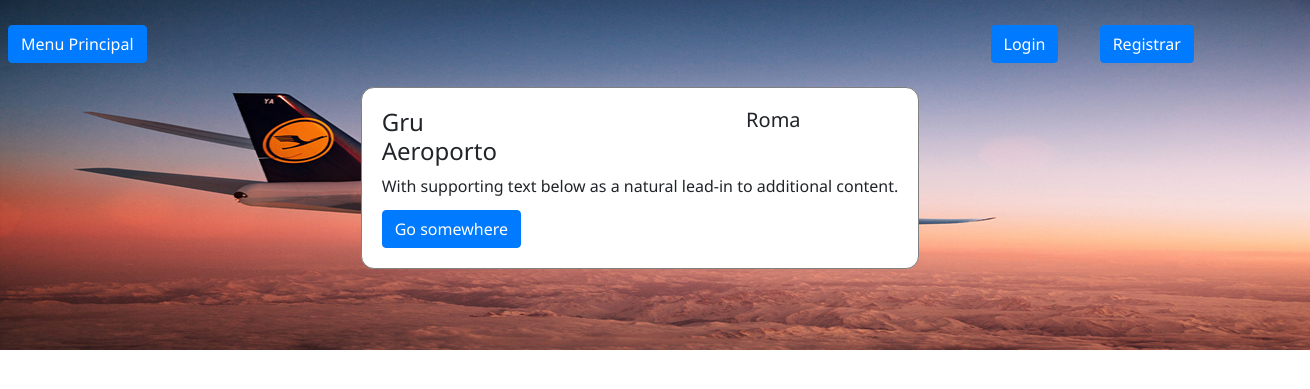
Repository: VictorFlay/Aplicacao-WEB
Page: http://localhost/ProjetoWeb/passagens.jsp
The author's editor kept a copy of each file at every save. The page is drawn from the files as they stood at one save, then again after the next save.
The browser window is 1280 px wide. The page is 1310 px wide, so the pictures cover 1310 px, including what lies to the right of the window. The pictures show the whole page.
Some web libraries are served in a nearby version. The page is served by Tomcat 9. Other server files are loaded and not shown.

Above is the page before, as saved 2021-07-14 22:30:47.

### ProjetoWeb/WebContent/passagens.jsp
<%@page import="model.Passagem" %>
<html lang="pt">
<head>

	<%
		String idpassagem = request.getParameter("idpassagem");
		String nome = (String) session.getAttribute("nome");
		String nivelusuario = (String) session.getAttribute("nivelusuario");

	%>

	<%@ page contentType="text/html; charset=UTF-8" %>
	<meta http-equiv="Content-Type" content="text/html; charset=UTF-8" />


    <meta http-equiv="X-UA-Compatible" content="IE=edge">
    <meta name="viewport" content="width=device-width, initial-scale=1.0">
    <link rel="stylesheet" type="text/css" href="css/design.css">
    <script src="https://code.jquery.com/jquery-3.2.1.slim.min.js" integrity="sha384-KJ3o2DKtIkvYIK3UENzmM7KCkRr/rE9/Qpg6aAZGJwFDMVNA/GpGFF93hXpG5KkN" crossorigin="anonymous"></script>

    <!-- Bootstrap CSS -->
    <link rel="stylesheet" href="https://maxcdn.bootstrapcdn.com/bootstrap/4.0.0/css/bootstrap.min.css" integrity="sha384-Gn5384xqQ1aoWXA+058RXPxPg6fy4IWvTNh0E263XmFcJlSAwiGgFAW/dAiS6JXm" crossorigin="anonymous">
    <link rel="stylesheet" type="text/css" href="css/design.css">
 	<script src="https://code.jquery.com/jquery-3.3.1.min.js" integrity="sha256-FgpCb/KJQlLNfOu91ta32o/NMZxltwRo8QtmkMRdAu8=" crossorigin="anonymous"></script>
    <script src="https://cdnjs.cloudflare.com/ajax/libs/popper.js/1.12.9/umd/popper.min.js" integrity="sha384-ApNbgh9B+Y1QKtv3Rn7W3mgPxhU9K/ScQsAP7hUibX39j7fakFPskvXusvfa0b4Q" crossorigin="anonymous"></script>
    <script src="https://maxcdn.bootstrapcdn.com/bootstrap/4.0.0/js/bootstrap.min.js" integrity="sha384-JZR6Spejh4U02d8jOt6vLEHfe/JQGiRRSQQxSfFWpi1MquVdAyjUar5+76PVCmYl" crossorigin="anonymous"></script>
    <meta name="viewport" content="width=device-width, initial-scale=1, shrink-to-fit=no">

    <title>Document</title>

</head>
<body>

	<div class="container-fluid px-0">
		<div class="row">
			<div class="col-12 col-lg-12 center">
				<img src="img/aviao.jpg" class="img-fluid" id="aviaofundo">
			</div>
		</div>


		<div class="row">
			<div class="col-8 col-lg-9 justify-content-between mt-4 ml-2">
	             <a href="index.jsp">
			    	<button type="button" class="btn btn-primary">Menu Principal</button>
			    </a>
	        </div>

        	<% if(nome == null){ %>
    	<div class="col-1 col-lg-1 mt-4">
      			<button type="button" class="btn btn-primary" data-toggle="modal" data-target="#login" data-whatever="@mdo">Login</button>

				<div class="modal fade" id="login" tabindex="-1" role="dialog" aria-labelledby="exampleModalLabel" aria-hidden="true">
				  <div class="modal-dialog" role="document">
				    <div class="modal-content">
				      <div class="modal-header">
				        <h5 class="modal-title" id="exampleModalLabel">Login</h5>
				        <button type="button" class="close" data-dismiss="modal" aria-label="Close">
				          <span aria-hidden="true">&times;</span>
				        </button>
				      </div>
				      <div class="modal-body">
				        <form method="POST" id="login-form">
				          <div class="form-group">
				          	<div class="alert alert-danger center" role="alert" id="errologin">

							</div>

				            <label for="login" class="col-form-label">Login:</label>
				            <input type="text" class="form-control" id="username" name="username">
				          </div>

				          <div class="form-group">

							<label for="senha" class="col-form-label">Senha:</label>
				            <input type="password" class="form-control" id="senha" name="senha">

				          </div>




				      <div class="modal-footer">
				        <button type="button" class="btn btn-secondary" data-dismiss="modal">Close</button>
				        <button type="submit" class="btn btn-primary">Send message</button>
				      </div>
				      </form>
				      </div>
				    </div>
				  </div>
				</div>



    </div>

<div class="col-1 col-lg-1 mt-4">
      			<button type="button" class="btn btn-primary" data-toggle="modal" data-target="#registrar" data-whatever="@mdo">Registrar</button>

				<div class="modal fade" id="registrar" tabindex="-1" role="dialog" aria-labelledby="exampleModalLabel" aria-hidden="true">
				  <div class="modal-dialog" role="document">
				    <div class="modal-content">
				      <div class="modal-header">
				        <h5 class="modal-title" id="exampleModalLabel">Registrar</h5>
				        <button type="button" class="close" data-dismiss="modal" aria-label="Close">
				          <span aria-hidden="true">&times;</span>
				        </button>
				      </div>
				      <div class="modal-body">
				        <form method="POST" id="register-form">
				        	<div class="alert alert-danger center" role="alert" id="erro">
  								Nome ou Login já cadastrado!
							</div>
				          <div class="form-group">
				            <label for="nome" class="col-form-label">Nome Completo:</label>
				            <input type="text" class="form-control" id="nome" name="nome">
				          </div>

				          <div class="form-group">
							<label for="login" class="col-form-label">Login:</label>
				            <input type="text" class="form-control" id="cxlogin" name="cxlogin">
				          </div>

				          <div class="form-group">
							<label for="senha" class="col-form-label">Senha:</label>
				            <input type="password" class="form-control" id="cxsenha" name="cxsenha">
				          </div>

				         <div class="form-row">
						<div class="form-group col-md-6">
							<label for="telefone" class="col-form-label">Telefone:</label>
				            <input type="text" class="form-control" id="telefone" placeholder="Digite seu telefone..." name="telefone">
				          </div>


						<div class="form-group col-md-3 ml-4">
							<label for="estado" class="col-form-label">Estado</label>
      						<select id="estado" class="form-control">
	        					<option value="AC" selected>AC</option>
	       						<option value="AL">AL</option>
	       						<option value="AP">AP</option>
	       						<option value="AM">AM</option>
	       						<option value="BA">BA</option>
	       						<option value="CE">CE</option>
	       						<option value="ES">ES</option>
	       						<option value="GO">GO</option>
	       						<option value="MA">MA</option>
	       						<option value="MT">MT</option>
	       						<option value="MS">MS</option>
	       						<option value="MG">MG</option>
	       						<option value="PA">PA</option>
	       						<option value="PB">PB</option>
	       						<option value="PR">PR</option>
	       						<option value="PE">PE</option>
	       						<option value="PI">PI</option>
	       						<option value="RJ">RJ</option>
	       						<option value="RN">RN</option>
	       						<option value="RS">RS</option>
	       						<option value="RO">RO</option>
	       						<option value="RR">RR</option>
	       						<option value="SC">SC</option>
	       						<option value="SP">SP</option>
	       						<option value="SE">SE</option>
	       						<option value="TO">TO</option>
	       						<option value="DF">DF</option>
      						</select>
						</div>
				      </div>


				      <div class="modal-footer">
				        <button type="button" class="btn btn-secondary" data-dismiss="modal">Close</button>
				        <button type="submit" class="btn btn-primary">Send message</button>
				      </div>
				      </form>
				      </div>
				    </div>
				  </div>
				</div>
  			</div>
	<% }

	else{
	%>
		<div class="row justify-content-end">
			<div class="col-4 col-lg-1 mt-4 ml-4">
				<a href="deslogar.jsp?pag=2&idpassagem=<%=idpassagem%>">
				<button type="button" class="btn btn-primary">Deslogar</button>
		        </a>
		    </div>
	    </div>

	<% } %>

        </div>


        <div class="row mt-4">
				<div class="col d-flex justify-content-center">
					<div class="card" id="card">
				 <div class="card-body">
				 <div class="row justify-content-between">
				 	<div class="col-4">
				 		<p class="card-title h4">Gru Aeroporto</p>
				 	</div>
				 	<p class="h2"></p>
				 	<div class="col-4">
				 		<h5 class="card-title">Roma</h5>
				 	</div>
				 </div>

				<p class="card-text">With supporting text below as a natural lead-in to additional content.</p>
				<a href="#" class="btn btn-primary">Go somewhere</a>
				</div>
				</div>
	        </div>
    	</div>












	</div>


















	<script src="https://code.jquery.com/jquery-3.3.1.min.js" integrity="sha256-FgpCb/KJQlLNfOu91ta32o/NMZxltwRo8QtmkMRdAu8=" crossorigin="anonymous"></script>
	<script type="text/javascript" src="js/script.js"></script>
</body>

### ProjetoWeb/WebContent/css/design.css
.form-group {
    margin-right: -10px;
}

#errobusca{
	display: none;
	color: white;
    z-index: 0;
    font-size: 18px;
    font-weight: bold;
}



#barra{
    width: 200px;
    height: 50px;
    border: 1px solid;
    border-radius: 15px;
    position: absolute;
    z-index: 0;
    background-color: white;
    opacity: 0.19;
    font-weight: bold;
    top: 0px;
}

#errologin{
	display:none;
}

.buscarloca{
	position: relative;
	widht: 100%;
	align-items: stretch;
    height: 200px;
    border: 1px solid;
    border-radius: 15px;
    z-index: 1;
    background-color: white;
    font-weight: bold;
    top: 0px;
   	visibility: hidden;
}

.buscarclasse{
	position: relative;
	widht: 100%;
	align-items: stretch;
    height: 70px;
    border: 1px solid;
    border-radius: 15px;
    background-color: white;
    font-weight: bold;
   	visibility: hidden;
}

.classe{
    width: 300px;
    height: 60px;
    border: 1px solid;
    border-radius: 15px;
    z-index: 0;
    background-color: white;
    background: rgba(0, 0, 0, 0.19);
    font-weight: bold;
    top: 0px;
}

#erro{
	display:none;
	}


#origem{
    width: 200px;
    height: 50px;
    border: 1px solid;
    border-radius: 15px;
    z-index: 0;
    background-color: white;
    background: rgba(0, 0, 0, 0.19);
    font-weight: bold;
    top: 0px;

}

.buscarlocalizacao{
	position: relative;
	display: flex;
    width: 300px;
    height: 60px;
    border: 1px solid;
    border-radius: 15px;
    background-color: white;
    background: rgba(0, 0, 0, 0.19);
    font-weight: bold;
    top: 0px;


}


.buscarlinha{
	width: 100px;
    height: 60px;
    border: 1px solid;
    border-radius: 15px;
    z-index: 0;
    background-color: white;
    background: rgba(0, 0, 0, 0.19);
    font-weight: bold;
    top: 0px;
}


#destino{
    width: 200px;
    height: 50px;
    border: 1px solid;
    border-radius: 15px;
    z-index: 0;
    background-color: white;
    background: rgba(0, 0, 0, 0.19);
    font-weight: bold;
    top: 0px;

}

#calendario{
    width: 200px;
    height: 50px;
    border: 1px solid;
    border-radius: 15px;
    z-index: 0;
    background-color: white;
    background: rgba(0, 0, 0, 0.19);
    font-weight: bold;
    top: 0px;

}

#iconecalendario{
    top: 12px;
    position: absolute;
}

#passageiro{
    width: 250px;
    height: 50px;
    border: 1px solid;
    border-radius: 15px;
    z-index: 0;
    background-color: white;
    background: rgba(0, 0, 0, 0.19);
    font-weight: bold;
    top: 0px;
}

#mensagem{
    color: rgb(2, 35, 2);
    z-index: 3;
    font-weight: bold;
    font-size: 30px;
    white-space: nowrap;
}

#mensagem2{
    color: white;

    z-index: 3;
    font-weight: bold;
    font-size: 20px;
    left: 10px;
    top: 3px;
    display: block;
    opacity: 1;
}

#radios{
    color: white;
    font-size: 17px;
    font-weight: bold;
    white-space: nowrap;
}

#radio1{
    width: 20px;
    height: 20px;
    color: green;
}


#corpo{
    position: absolute;
    top: 325px;
}

#corpo2{
	position: relative;
	top: 580px;

}


#barrapassageiro2{
    width: 300px;
    height: 350px;
    left: 695px;
    border: 1px solid;
    border-radius: 15px;
    position: absolute;
    z-index: 0;
    background-color: white;
    top: 0px;
    font-weight: bold;
}

.quartabarra{
    cursor: pointer;
}



.barrapassageiroescondido{
    z-index: 3;
    user-select:none;
    top: 0px;
}

.perfil{
	width: 50px;
	height: 50px;
}

#txt{
    position: absolute;
    z-index: 1;
}


#aviao{
    left: 190px;
    top:5px;
    position: absolute;
    z-index: 1;
}



.aeroporto{
	display: flex;
    width: 300px;
    height: 60px;
    border: 1px solid;
    border-radius: 15px;
    z-index: 0;
    background-color: white;
    background: rgba(0, 0, 0, 0.19);
    font-weight: bold;
    top: 0px;

}

.buscar{
    width: 120px;
    height: 50px;
    left: 975px;

    border-color: grey;
    border-radius: 10px;
    position: absolute;
    z-index: 3;
    background-color: #30503A;
    top: 0px;
}

.buscarvoo{
    color: white;
    position: absolute;

    z-index: 1;
    font-weight: bold;
    font-size: 15px;
    left: 20px;
    top: 16px;
}

* {
    margin: 0;
    padding: 0;
    border: 0;
    outline: none;
    list-style: none;
    text-decoration: none;
    font-family: segoe ui, helvetica neue, helvetica, arial, sans-serif;
    line-height: 1;
  }

  body {
    font-size: 16px;
  }




.jss1{
    color: white;
    position: absolute;
    z-index: 3;
    font-weight: bold;
    font-size: 20px;
    left: 10px;
    top: 3px;
    display: block;
    opacity: 1;
}

.jss2{
    color: white;
    position: absolute;
    z-index: 1000;
    font-size: 13px;
    left: 10px;
    top: 30px;
    opacity: 0.70;
    white-space: nowrap;
}

.jss3{
    color: white;
    position: absolute;
    z-index: 1;
    font-weight: bold;
    font-size: 20px;
    top: 3px;
}

.jss4{
    color: white;
    position: absolute;
    z-index: 1;
    font-size: 13px;
    top: 30px;
    opacity: 0.70;
}

.jss5{
    color: white;
    position: absolute;
    z-index: 1;
    font-size: 13px;
    left: 60px;
    top: 18px;
    opacity: 0.70;
}

.jss6{
    color: white;
    position: absolute;
    z-index: 1;
    font-size: 13px;
    left: 60px;
    top: 18px;
    opacity: 0.70;
}

.jss7{
    color: black;
    position: absolute;
    z-index: 1;
    font-size: 13px;
    left: 740px;
    top: 18px;

}

hr.jss8{
    border-top: 1px solid grey;
    position: absolute;
    z-index: 1;
    width: 240px;
    top: 31px;
    left: 725px;
}

hr.jss14{
    border-top: 1px solid grey;
    position: absolute;
    z-index: 1;
    width: 240px;
    top: 180px;
    left: 725px;
}

.jss9{
    color: black;
    position: absolute;
    z-index: 1;
    font-size: 11px;
    left: 710px;
    top: 60px;
    font-weight: bold;
}

.jss10{
    color: black;
    position: absolute;
    z-index: 1;
    font-size: 20px;
    left: 710px;
    top: 80px;
    font-weight: bold;
}

.jss11{
    color: black;
    position: absolute;
    z-index: 1;
    font-size: 15px;
    left: 710px;
    top: 105px;

}

.jss12{
    color: black;
    position: absolute;
    z-index: 1;
    font-size: 20px;
    left: 710px;
    top: 140px;
    font-weight: bold;
}

.jss13{
    color: black;
    position: absolute;
    z-index: 1;
    font-size: 15px;
    left: 710px;
    top: 165px;
}

.jss15{
    color: black;
    position: absolute;
    z-index: 1;
    font-size: 11px;
    left: 710px;
    top: 210px;
    font-weight: bold;
}

.jss16{
    width: 125px;
    height: 50px;
    background-color: cornflowerblue;
    position: absolute;
    left: 710px;
    top: 235px;
    border-radius: 10px;
    color: black;
    border: 1px solid;
    border-color: grey;
    -webkit-box-sizing: border-box;
    -moz-box-sizing: border-box;
    box-sizing: border-box;
    -webkit-appearance: none;
    -moz-appearance: none;
    appearance: none;
    cursor: pointer;
}



.jss17{
    width: 125px;
    height: 50px;
    position: absolute;
    left: 855px;
    top: 235px;
    border-radius: 10px;
    color: black;
    border: 1px solid;
    border-color: grey;
    -webkit-box-sizing: border-box;
    -moz-box-sizing: border-box;
    box-sizing: border-box;
    -webkit-appearance: none;
    -moz-appearance: none;
    appearance: none;
    cursor: pointer;

}

.jss18{
    color: black;
    position: absolute;
    z-index: 2;
    font-size: 12px;
    left: 722px;
    top: 253px;
    font-weight: bold;
    cursor: pointer;
    user-select:none;
}

.jss19{
    color: black;
    position: absolute;
    z-index: 2;
    font-size: 12px;
    left: 872px;
    top: 253px;
    font-weight: bold;
    cursor: pointer;
    user-select:none;
}

.jss20{
    color: grey;
    position: absolute;
    z-index: 2;
    font-size: 15px;
    left: 810px;
    top: 300px;
    font-weight: bold;

}

.jss21{
    left: 880px;
    top: 85px;
    font-weight: bold;
    position: absolute;

}

.jss22{
    left: 941px;
    top: 85px;
    font-weight: bold;
    position: absolute;
    cursor: pointer;
}

.jss23{
    left: 919px;
    top: 86px;
    position: absolute;
    font-size: 25px;
    font-weight: bold;
    font-family: arial;
    color:black;
    width: 15px;
    user-select:none;
}

.jss25{
    left: 880px;
    top: 145px;
    font-weight: bold;
    position: absolute;
}

.jss26{
    left: 941px;
    top: 145px;
    font-weight: bold;
    position: absolute;
}



.jss28{
    left: 919px;
    top: 146px;
    position: absolute;
    font-size: 25px;
    font-weight: bold;
    font-family: arial;
    color:black;
    width: 15px;
    user-select:none;
}

.jss29{
    color: white;
    font-size: 17px;
    font-weight: bold;
    white-space: nowrap;
}


.jss30{
    color: white;
    position: absolute;
    z-index: 3;
    font-weight: bold;
    font-size: 22px;
    left: 10px;
    top: 3px;
    display: block;
    opacity: 1;
    white-space: nowrap;
}

.jss31{
    color: white;
    position: absolute;
    z-index: 1000;
    font-size: 15px;
    left: 10px;
    top: 30px;
    opacity: 0.70;
    white-space: nowrap;
}

.jss32{
	color: black;
    z-index: 2;
    font-size: 22px;
    opacity: 1;
    white-space: nowrap;
    position: relative;
}

.jss33{
    color: white;
    position: absolute;
    z-index: 1000;
    font-size: 15px;
    left: 10px;
    top: 30px;
    opacity: 0.70;
    white-space: nowrap;
}

.jss35{
	color: white;
    position: absolute;
    z-index: 1000;
    font-size: 15px;
    left: 10px;
    top: 30px;
    opacity: 0.70;
    white-space: nowrap;
}





#aumentardiminuir{
    top: 600px;

    width: 10px;
    height: 10px;
    position: absolute;
    left: 100px;
}

#testar{
	position: absolute;
}

.corpo{
	width: 1366px;
	height: 900px;
	border: 1px solid;
	position: relative;
	top: 300px;
}


.container{
    margin: 0 auto;
}

#logo{
    width: 100%;
}






.msg{
    color: rgb(2, 35, 2);
    z-index: 3;
    font-weight: bold;
    font-size: 30px;
}


#imagem{
    position: absolute;
    width: 1366px;
}

#aviaofundo{
	position: absolute;
	height: 350px;
	widht: 100%;
}

#aviaopequeno{
	width: 50px;
	height: 50px;
}

.card-img-top {
    width: 100%;
    height: 15vw;
    object-fit: cover;
}

@media only screen and (max-width: 1366px) and (min-width: 769px){
	.dr{
	left: 140px;
	}
}

@media only screen and (max-width: 991px) and (min-width: 540px){
	.dr{
	left: 90px;
	}

	#aviaofundo{
		position: absolute;
		height: 350px;
		width: 100%;
	}

	#imagem{
		position: absolute;
		height: 300px;
		width: 100%;
	}


}

#card{
	border-radius: 13px;
	border-color: grey;
	widht: 18rem;
}

#titulo{
	top: 100px;
}


#menuadm{
	position: absolute;
	width: 1366px;
	height: 225px;
	image-rendering: auto;
  	image-rendering: crisp-edges;
  	image-rendering: pixelated;
  	opacity: 0.6;
}

#historico{
	position: absolute;
	width: 1366px;
	height: 200px;
	image-rendering: auto;
  	image-rendering: crisp-edges;
  	image-rendering: pixelated;
}


.bloco{
	widht: 50px;
	height: 50px;
}

### ProjetoWeb/WebContent/js/script.js
$(document).ready(function(){


	$('.primeirabarra').click(function(){
            $('.origem').css({'visibility': 'visible'});
        });



    $('.quartabarra').click(function(){
        $('.barrapassageiroescondido').css({'visibility': 'visible'});
    });



    var countadulto = 0;

    $('.jss22').click(function(){
        if(countadulto >= 0 && countadulto < 9){
            countadulto++;
            $('.jss23').val(countadulto);
            var i = countadulto;
            if(i > 0){
                $('.jss153').attr("src", "img/diminuir.png");
            }
            if(i == 9){
                $('.jss154').attr("src", "img/aumentardesativado.png");
                $('.jss22').css({'cursor': 'default'});
            }
            aplicar($('.jss23').val(), $('.jss28').val());
        }
    });


    $('.jss21').click(function(){
        if(countadulto > 0 && countadulto <= 9){
            countadulto--;
            $('.jss23').val(countadulto);
            $('.jss154').attr("src", "img/aumentar.png");
            if(countadulto == 0){
                $('.jss153').attr("src", "img/diminuirdesativado.png");
            }
            aplicar($('.jss23').val(), $('.jss28').val());
        }
    });





    var countcrianca = 0;

$('.jss26').click(function(){
    if(countcrianca >= 0 && countcrianca < 9){
        countcrianca++;
        $('.jss28').val(countcrianca);
        var i = countcrianca;
        if(i > 0){
            $('.jss155').attr("src", "img/diminuir.png");
        }
        if(i == 9){
            $('.jss156').attr("src", "img/aumentardesativado.png");
            $('.jss26').css({'cursor': 'default'});
        }
        aplicar($('.jss23').val(), $('.jss28').val());
    }
});

$('.jss25').click(function(){
    if(countcrianca > 0 && countcrianca <= 9){
        countcrianca--;
        $('.jss28').val(countcrianca);
        $('.jss156').attr("src", "img/aumentar.png");
        if(countcrianca == 0){
            $('.jss155').attr("src", "img/diminuirdesativado.png");
        }
        aplicar($('.jss23').val(), $('.jss28').val());
    }
});



function aplicar(adulto, crianca){
        if(adulto > 0 || crianca > 0){
            $('.jss20').css({'color': 'black', 'cursor': 'pointer'});
        }
        if(adulto == 0 && crianca == 0){
            $('.jss20').css({'color': 'grey', 'cursor': 'default'});
        }

    }






    $('.jss152').click(function(){
        $('.jss16').css({'background-color': 'white'});
        $('.jss17').css({'background-color': 'cornflowerblue'});
        $('.jss17').prop('checked', true);
    });

    $('.jss151').click(function(){
        $('.jss18').prop('disabled', true);
        $('.jss16').css({'background-color': 'cornflowerblue'});
        $('.jss17').css({'background-color': 'white'});
        $('.jss16').prop('checked', true);
    });







        $('#aumentar').click(function(){
            count++;
            $('.jss69').val(count);
        });

        $('#diminuir').click(function(){
            count--;
            $('#testar').text(count);
        });


        $('.jss20').prop("readonly", true);


		$( '#login-form' ).submit(function(event){

			event.preventDefault();
			var data ={
					login: $('#username').val(),
					senha: $('#senha').val(),
			}



			$.ajax({
				url: "/ProjetoWeb/Auth",
				type: "post",
				dataType: "json",
				data: data,
				success: function(data, textStatus, jqXHR){
					if(data.status){

						window.location.href = $(location).attr('href');
					}else{
						$( '#errologin' ).text( data.mensagem );
						$( '#errologin' ).css({'display': 'block'});
					}

				}
			})





		});



		$( '#register-form' ).submit(function(event){

			event.preventDefault();
			var data ={
					nome: $('#nome').val(),
					login: $('#cxlogin').val(),
					senha: $('#cxsenha').val(),
					telefone: $('#telefone').val(),
					estado: $('#estado').val()
			}


			$.ajax({
				url: "/ProjetoWeb/Register",
				type: "post",
				dataType: "json",
				data: data,
				success: function(data, textStatus, jqXHR){
					if(data.status){
						alert(data.mensagem);
						window.location.href = 'teste1.jsp';
					}else{
						$( '#erro' ).text( data.mensagem );
						$( '#erro' ).css({'display': 'block'});
					}

				}
			})

		});

});

After the next save:
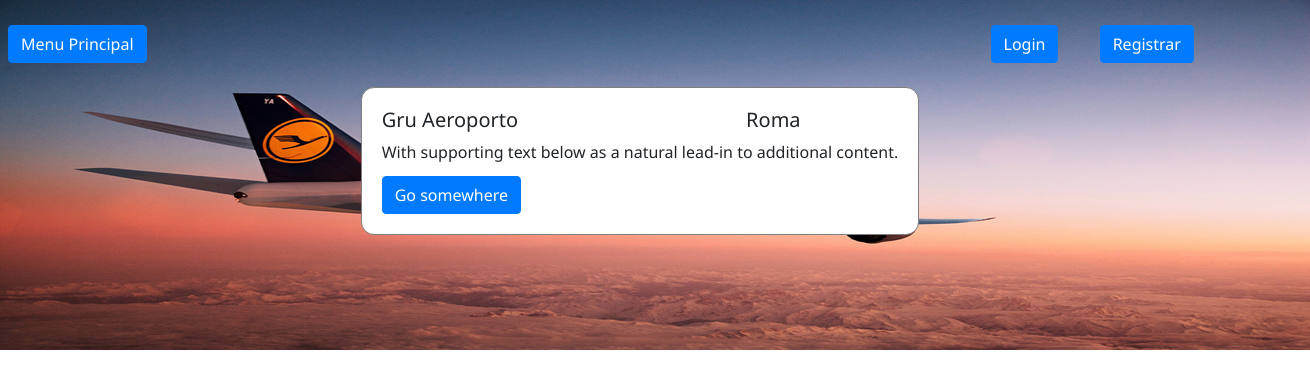
Saved 27 s later.
--- a/ProjetoWeb/WebContent/passagens.jsp
+++ b/ProjetoWeb/WebContent/passagens.jsp
@@ -201,7 +201,7 @@
 				 <div class="card-body">
 				 <div class="row justify-content-between">
 				 	<div class="col-4">
-				 		<p class="card-title h4">Gru Aeroporto</p>
+				 		<h5 class="card-title">Gru Aeroporto</h5>
 				 	</div>
 				 	<p class="h2"></p>
 				 	<div class="col-4">

After the save that followed:
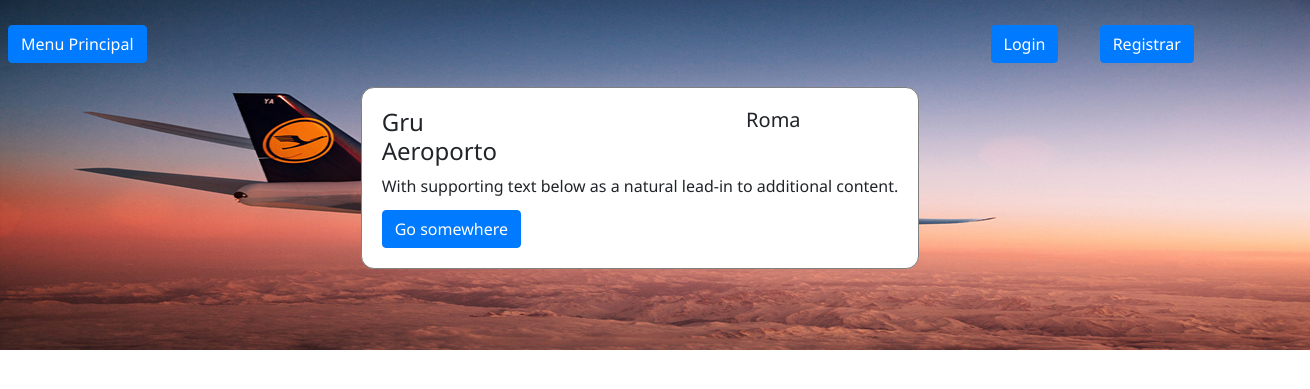
Saved 5 s later.
--- a/ProjetoWeb/WebContent/passagens.jsp
+++ b/ProjetoWeb/WebContent/passagens.jsp
@@ -201,7 +201,7 @@
 				 <div class="card-body">
 				 <div class="row justify-content-between">
 				 	<div class="col-4">
-				 		<h5 class="card-title">Gru Aeroporto</h5>
+				 		<h4 class="card-title">Gru Aeroporto</h4>
 				 	</div>
 				 	<p class="h2"></p>
 				 	<div class="col-4">
